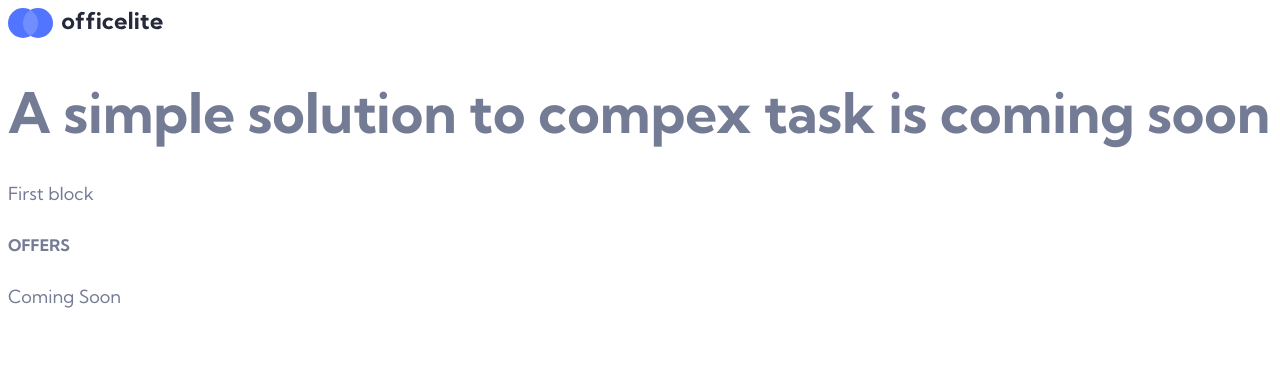
Repository: jodelajo/frontend-css-challenge
Page: index.html
The author's editor kept a copy of each file at every save. The page is drawn from the files as they stood at one save, then again after the next save.
The browser window is 1280 px wide. The pictures show the whole page.

Above is the page before, as saved 2022-02-28 12:50:20.

### index.html
<!DOCTYPE html>
<html lang="en">
  <head>
    <meta charset="UTF-8" />
    <meta name="viewport" content="width=device-width, initial-scale=1.0" />

    <link
      rel="icon"
      type="image/png"
      sizes="32x32"
      href="./assets/favicon-32x32.png"
    />
    <link rel="preconnect" href="https://fonts.googleapis.com" />
    <link rel="preconnect" href="https://fonts.gstatic.com" crossorigin />
    <link
      href="https://fonts.googleapis.com/css2?family=Kumbh+Sans:wght@400;700&display=swap"
      rel="stylesheet"
    />
    <link href="./index.css" type="text/css" rel="stylesheet" />
    <title>Frontend Mentor | Officelite coming soon site</title>
  </head>
  <body>
    <header>
      <img src="./assets/shared/logo.svg" alt="logo-officelite" />
    </header>
    <main>
      <div>
        <h1>A simple solution to compex task is coming soon</h1>
        First block
      </div>
      <h3>Offers</h3>
      <div>Coming Soon</div>
    </main>
  </body>
</html>

### index.css
:root {
  --colors-blue: #5175ff;
  --colors-dark: #333950;
  --colors-grey: #747b95;
  --colors-light-blue: #829cff;
  --colors-blackblue: #25293a;
  --colors-red: #f05b5b;
}

body {
  font-family: "Kumbh Sans", sans-serif;
  color: var(--colors-grey);
  font-size: 18px;
}
h1 {
  font-weight: bold;
  font-size: 56px;
  line-height: 64px;
}
h2 {
  font-weight: bold;
  font-size: 20px;
  line-height: 28px;
}
h3 {
  text-transform: uppercase;
  font-weight: bold;
  font-size: 16px;
  line-height: 48px;
}

After the next save:
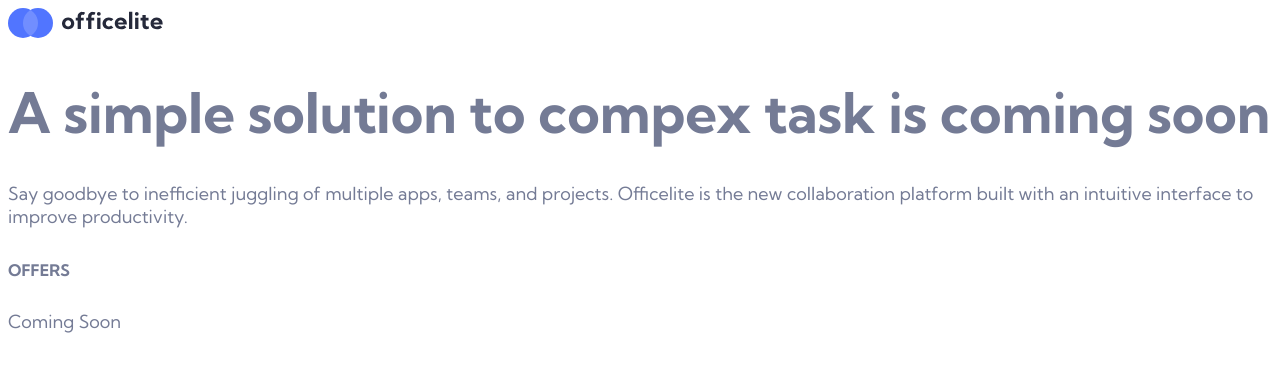
Saved 36 s later.
--- a/index.html
+++ b/index.html
@@ -26,7 +26,11 @@
     <main>
       <div>
         <h1>A simple solution to compex task is coming soon</h1>
-        First block
+        <p>
+          Say goodbye to inefficient juggling of multiple apps, teams, and
+          projects. Officelite is the new collaboration platform built with an
+          intuitive interface to improve productivity.
+        </p>
       </div>
       <h3>Offers</h3>
       <div>Coming Soon</div>
